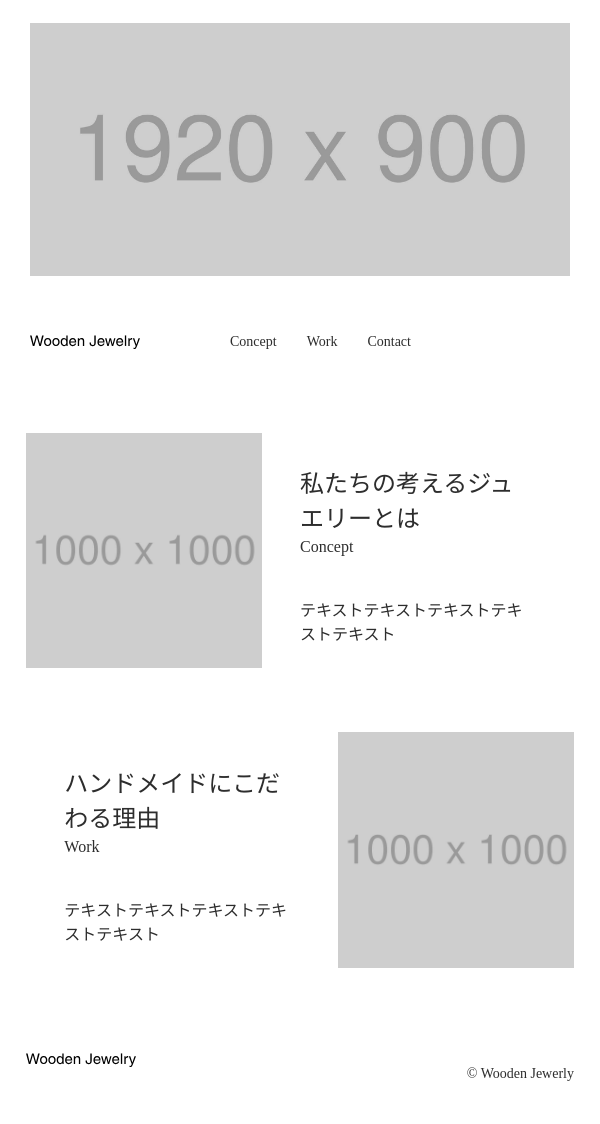
Repository: Fuki-san/jewelry
Page: http://localhost/jewelry
These files come from the project's save history. The page is drawn as it stood at one moment and after a run of saves; the edit follows.
The browser window is 600 px wide. The pictures show the whole page.
The page is served by the project's Laravel application, run on PHP 8.4 with Laravel 10. Other server files are loaded and not shown.

Above is the page before, as saved 2023-11-26 15:06:45.

### routes/web.php
<?php

use Illuminate\Support\Facades\Route;

/*
|--------------------------------------------------------------------------
| Web Routes
|--------------------------------------------------------------------------
|
| Here is where you can register web routes for your application. These
| routes are loaded by the RouteServiceProvider and all of them will
| be assigned to the "web" middleware group. Make something great!
|
*/

Route::get('/', function () {
    return view('welcome');
});

Route::get('jewelry', function () {
    return view('jewelry');
});

### resources/views/jewelry.blade.php
@extends('layouts.main')

@section('title', 'jewelry')

@section('content')
    <div id="mainvisual">
        <img src="img/mainvisual.jpg">
    </div>
    <header id="header">
        <h1 class="site-title"><a href="#"><img src="img/logo.svg"></a></h1>
        <nav>
            <ul>
                <li><a href="#concept">Concept</a></li>
                <li><a href="#work">Work</a></li>
                <li><a href="mailto:xxx@xxx.xxx?subject=お問い合わせ">Contact</a></li>
            </ul>
        </nav>
    </header>

    <div class="container">
        <main>
            <section id="concept" class="content">
                <div class="img">
                    <img src="img/concept.jpg">
                </div>
                <div class="text">
                    <h2 class="section-title">私たちの考えるジュエリーとは</h2>
                    <span class="section-title-en">Concept</span>
                    <p>テキストテキストテキストテキストテキスト</p>
                </div>
            </section>

            <section id="work" class="content">
                <div class="text">
                    <h2 class="section-title">ハンドメイドにこだわる理由</h2>
                    <span class="section-title-en">Work</span>
                    <p>テキストテキストテキストテキストテキスト</p>
                </div>
                <div class="img">
                    <img src="img/work.jpg">
                </div>
            </section>
        </main>

        <footer id="footer">
            <div class="logo">
                <img src="img/logo.svg" alt="">
            </div>
            <p class="copyright">&copy; Wooden Jewerly</p>
        </footer>
    </div>

@endsection

### resources/views/layouts/main.blade.php
<!DOCTYPE html>
<html lang="ja">
<head>
    <meta charset="UTF-8">
    <meta name="viewport" content="width=device-width, initial-scale=1.0">
    <meta http-equiv="X-UA-Compatible" content="ie=edge">
    <link rel="stylesheet" href="{{ asset('css/reset.css') }}">
    <link rel="stylesheet" href="{{ asset('css/style.css') }}">
    <link rel="icon" href="img/favicon.ico">
    <title>@yield('title')</title>
</head>
<body>
    @yield('content')
</body>
</html>

### public/css/style.css
@charset "utf-8";

html{
    font-size: 100%;
}
body{
    font-family: 'Crimson Text', serif;
    color: #2d2d2d;
}
ul{
    list-style: none;
}
a{
    text-decoration: none;
    color:#2d2d2d;
}

img{
    max-width: 100%;
    /* img親のdivのコンテンツラインと子のimgコンテンツラインの下端だけ少し隙間がある。
    その理由は、画像の横にテキストが入力された場合にデフォルトで定まっているvertical-align baseline
    が適応され、英文字のbaseline的に多少の文字の一部が下に出てしまうからであり、今回は文字もかかず、
    子imgと親divの下端の隙間はいらないため、vertical-align bottomで隙間を除去する。
    baselineとbottomの差は微小なので分かりずらいが、例えばgのbaselineはgフォントの下のクルンって
    なっているところの途中で baselineがくるが、bottomならほんとに一番下のクルンのところでくる
    隙間があるかどうかは親divのbackgroundcolorを設定すると分かりやすい */
    vertical-align: buttom;
}

.container{
    margin: 0 auto;
    max-width: 1000px;
    padding: 0 18px;
}

.site-title{
    width: 110px;
    line-height: 1px;
    margin-right: 50px;
}
.site-title a{
    display: block;
}
.section-title{
    font-size: 1.5rem;
    font-weight: normal;
    margin-bottom: 4px;
}

.section-title-en{
    display: inline-block;
    /* スパンタグでもmarginbottom使えるようにするため */
    margin-bottom: 25px;
}

#mainvisual{
    margin: 4% auto 0 auto;
    width: 90vw;
}

#header{
    width: 90vw;
    display: flex;
    align-items: center;
    padding: 32px 0;
    margin: 0 auto 30px auto;
}

#header ul{
    display: flex;
}
#header li{
    margin-right: 30px;
    font-size: 0.875rem;
}
#header li:last-child{
    margin-right: 0;
}
.content{
    display: flex;
    align-items: center;
    margin-bottom: 60px;
}
.content .img{
    width: 50%;
}
.content .text{
    width: 50%;
    padding: 0 7%;
}

#footer {
    display: flex;
    justify-content: space-between;
    font-size: 0.875rem;
    padding: 20px 0;
}
#footer .logo{
    width: 110px;
}

@media screen and (max-width: 767px) {
    .section-title{

    }
}

### public/img/logo.svg
<?xml version="1.0" encoding="utf-8"?>
<!-- Generator: Adobe Illustrator 15.1.0, SVG Export Plug-In . SVG Version: 6.00 Build 0)  -->
<!DOCTYPE svg PUBLIC "-//W3C//DTD SVG 1.1//EN" "http://www.w3.org/Graphics/SVG/1.1/DTD/svg11.dtd">
<svg version="1.1" id="レイヤー_1" xmlns="http://www.w3.org/2000/svg" xmlns:xlink="http://www.w3.org/1999/xlink" x="0px"
	 y="0px" width="1000px" height="140px" viewBox="0 0 1000 140" enable-background="new 0 0 1000 140" xml:space="preserve">
<g>
	<path d="M39.405,111.195H25.498L0,13.294h14.317l18.271,79.63h0.273l21.952-79.63h14.454l21.953,79.63h0.273l18.271-79.63h14.59
		l-25.771,97.901H84.674l-22.362-81.13H62.04L39.405,111.195z"/>
	<path d="M160.348,37.837c22.771,0,33.133,19.226,33.133,37.634c0,18.407-10.362,37.633-33.133,37.633
		c-22.771,0-33.134-19.226-33.134-37.633C127.214,57.063,137.577,37.837,160.348,37.837z M160.348,102.741
		c17.18,0,20.726-17.726,20.726-27.27c0-9.545-3.545-27.271-20.726-27.271c-17.181,0-20.725,17.726-20.725,27.271
		C139.623,85.015,143.167,102.741,160.348,102.741z"/>
	<path d="M236.16,37.837c22.771,0,33.133,19.226,33.133,37.634c0,18.407-10.362,37.633-33.133,37.633
		c-22.771,0-33.134-19.226-33.134-37.633C203.026,57.063,213.389,37.837,236.16,37.837z M236.16,102.741
		c17.18,0,20.726-17.726,20.726-27.27c0-9.545-3.545-27.271-20.726-27.271c-17.181,0-20.725,17.726-20.725,27.271
		C215.435,85.015,218.979,102.741,236.16,102.741z"/>
	<path d="M342.105,111.195h-11.318v-9.817h-0.272c-5.182,9.681-13.362,11.863-20.316,11.863c-24.271,0-31.361-22.771-31.361-39.815
		c0-20.044,10.772-35.588,29.724-35.588c12.954,0,18.408,8.045,21.271,12.136l0.273-0.955V13.294h12V111.195z M310.471,102.877
		c7.637,0,19.499-5.044,19.499-23.998c0-11.59-1.909-30.271-19.226-30.271c-18.544,0-19.499,17.59-19.499,26.725
		C291.245,91.015,297.381,102.877,310.471,102.877z"/>
	<path d="M419.28,88.833c-0.408,3.409-3.681,13.499-12.681,19.499c-3.272,2.181-7.908,4.909-19.362,4.909
		c-20.043,0-31.907-15.135-31.907-35.725c0-22.089,10.636-39.679,34.225-39.679c20.589,0,30.679,16.363,30.679,41.588h-52.086
		c0,14.862,6.954,23.452,20.726,23.452c11.317,0,17.998-8.727,18.408-14.044H419.28z M407.827,69.88
		c-0.682-11.044-5.317-21.271-19.907-21.271c-11.045,0-19.771,10.227-19.771,21.271H407.827z"/>
	<path d="M492.638,111.195h-11.999V67.29c0-12.408-3.545-18.681-15.271-18.681c-6.817,0-18.817,4.363-18.817,23.726v38.86h-11.998
		V39.882h11.317v10.09h0.273c2.59-3.818,9.271-12.136,21.543-12.136c11.044,0,24.952,4.5,24.952,24.816V111.195z"/>
	<path d="M554.132,79.697v6.818c0,11.726,5.591,15.953,14.727,15.953c12.271,0,15.68-7.363,15.68-16.908V13.294h13.227v71.449
		c0,22.907-14.999,29.043-28.225,29.043c-22.771,0-27.815-15.272-27.815-24.407v-9.681H554.132z"/>
	<path d="M676.985,88.833c-0.409,3.409-3.682,13.499-12.681,19.499c-3.272,2.181-7.908,4.909-19.362,4.909
		c-20.044,0-31.906-15.135-31.906-35.725c0-22.089,10.636-39.679,34.225-39.679c20.589,0,30.679,16.363,30.679,41.588h-52.086
		c0,14.862,6.954,23.452,20.726,23.452c11.317,0,17.998-8.727,18.407-14.044H676.985z M665.531,69.88
		c-0.681-11.044-5.316-21.271-19.906-21.271c-11.045,0-19.771,10.227-19.771,21.271H665.531z"/>
	<path d="M715.574,111.195h-12.407l-20.59-71.313h13.091l13.634,56.041h0.273l13.771-56.041h13.362l13.908,56.041h0.273
		l14.453-56.041h11.998l-20.725,71.313h-12.409l-14.453-55.223h-0.272L715.574,111.195z"/>
	<path d="M847.153,88.833c-0.409,3.409-3.682,13.499-12.681,19.499c-3.272,2.181-7.908,4.909-19.362,4.909
		c-20.044,0-31.906-15.135-31.906-35.725c0-22.089,10.635-39.679,34.225-39.679c20.589,0,30.679,16.363,30.679,41.588h-52.086
		c0,14.862,6.954,23.452,20.726,23.452c11.317,0,17.998-8.727,18.407-14.044H847.153z M835.699,69.88
		c-0.682-11.044-5.316-21.271-19.906-21.271c-11.045,0-19.771,10.227-19.771,21.271H835.699z"/>
	<path d="M874.695,111.195h-11.998V13.294h11.998V111.195z"/>
	<path d="M906.327,111.195h-11.999V39.882h11.318v11.863h0.271c4.772-8.318,11.045-13.909,20.045-13.909
		c1.499,0,2.181,0.137,3.135,0.409v12.408h-4.499c-11.182,0-18.271,8.727-18.271,19.09V111.195z"/>
	<path d="M986.774,39.882H1000c-8.317,23.316-16.499,46.633-25.634,69.949c-11.317,28.907-12.544,30.543-27.953,30.543
		c-1.772,0-3.135-0.545-5.044-1.091v-10.908c1.499,0.545,3.954,1.227,7.227,1.227c6.272,0,6.954-1.772,12.681-16.499l-26.453-73.221
		h13.636l18.953,58.086h0.273L986.774,39.882z"/>
</g>
</svg>

After the next 3 saves:
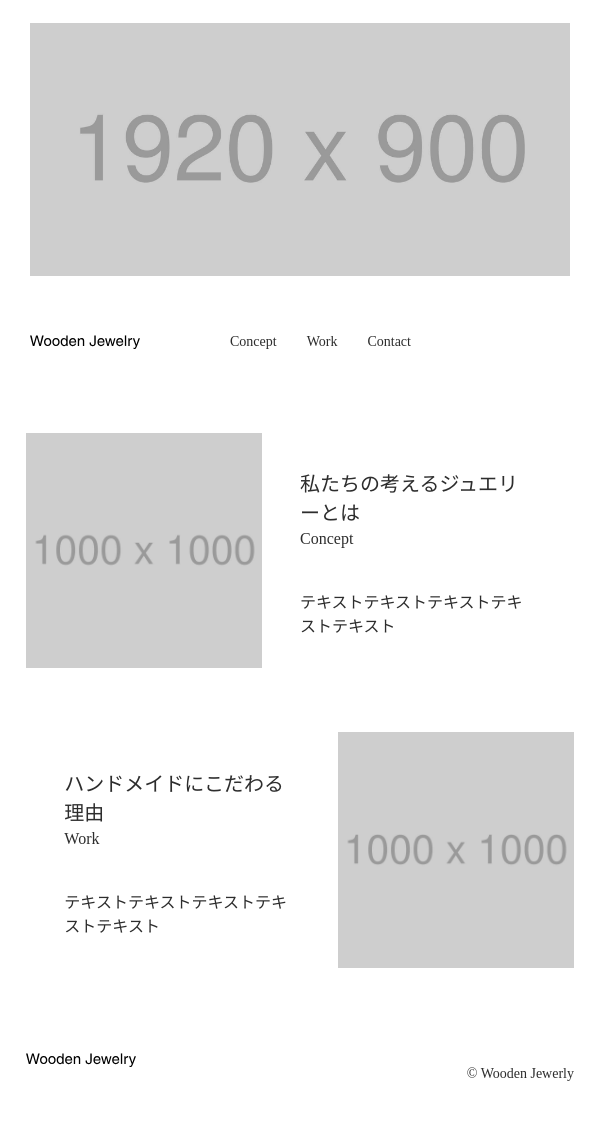
The 3 saves are shown as one change because they came seconds apart.
The last was saved 23 s later.
--- a/public/css/style.css
+++ b/public/css/style.css
@@ -101,6 +101,6 @@ img{
 
 @media screen and (max-width: 767px) {
     .section-title{
-
+        font-size: 1.25rem;
     }
 }
